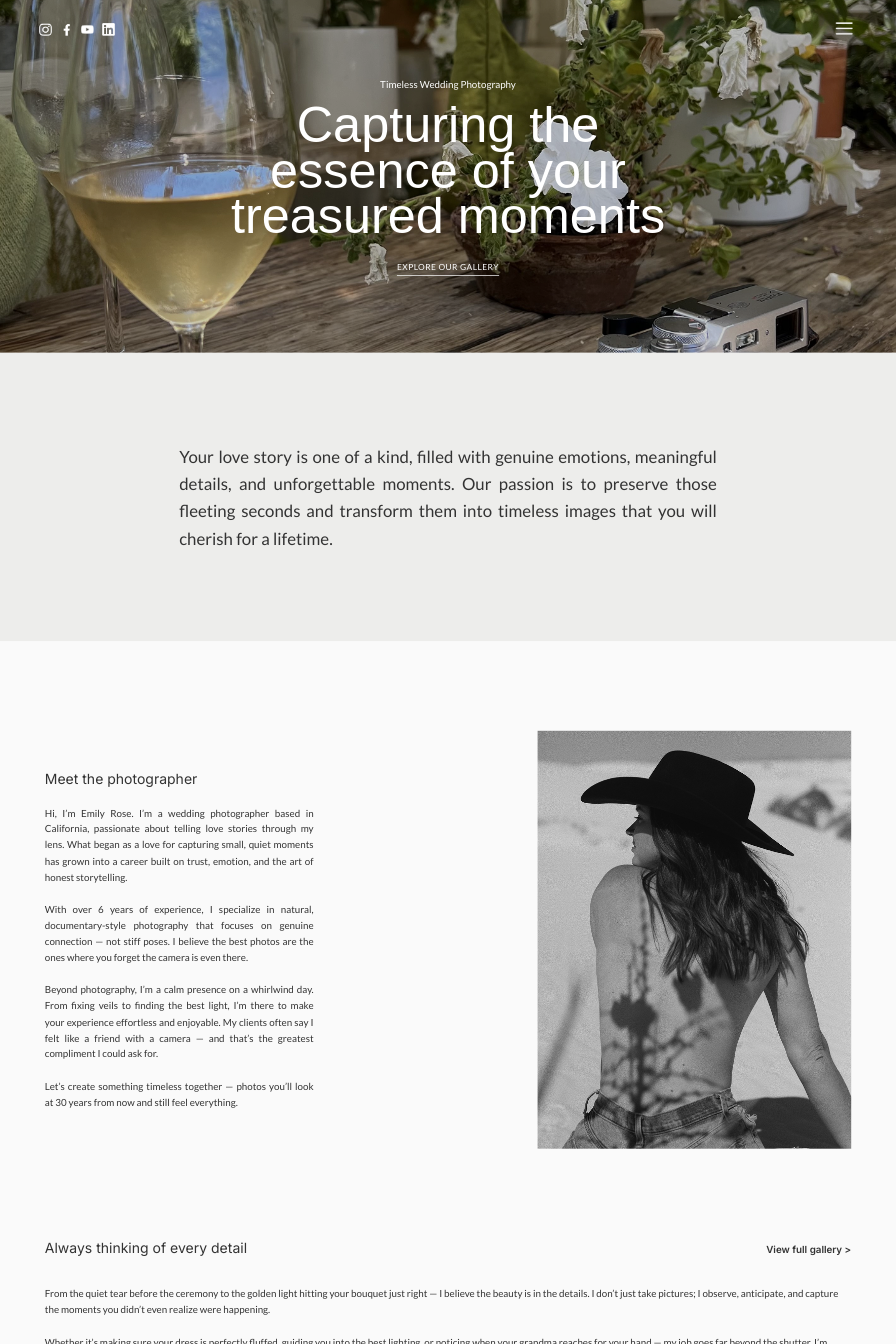
Repository: eduarda-magnago/wt-photography
Page: /
These files come from the project's save history. The page is drawn as it stood at one moment and after the next save; the edit follows.
The browser window is 1280 px wide. The pictures show the part of the page from y = 0 to 1920 px (the page is 3604 px tall before and 3700 px after), at 70% of full size.
Some web fonts or font styles are not loaded; a fallback is used. The project was rebuilt for these pictures with package versions that can differ from the ones it lists, and the page was loaded fresh each time. The framework's server and built-in components were replaced by stand-ins that run in the browser. Also part of the build but not shown: next.config.ts.

Above is the page before, as saved 2026-10-14 12:11:14.

### app/layout.tsx
import type { Metadata } from "next";
import { Inter, Lato, Cormorant_SC } from "next/font/google";
import Header from "@/components/layout/header";
import Footer from "@/components/layout/footer";
import "./globals.css";

const inter = Inter({
  subsets: ["latin"],
  variable: "--font-inter",
});

const lato = Lato({
  subsets: ["latin"],
  weight: ["300", "400", "700"],
  variable: "--font-lato",
});

const cormorant = Cormorant_SC({
  subsets: ["latin"],
  weight: ["300", "400", "500"],
  variable: "--font-cormorant",
});

export const metadata: Metadata = {
  title: "WT Timeless Photography",
  description: "Timeless wedding photography",
};

export default function RootLayout({
  children,
}: {
  children: React.ReactNode;
}) {
  return (
    <html
      lang="en"
      className={`${inter.variable} ${lato.variable} ${cormorant.variable}`}
    >
      <body className="font-sans antialiased">
        <Header />
        <main>{children}</main>
        <Footer />
      </body>
    </html>
  );
}

### app/page.tsx
import Hero from "@/components/hero";
import Intro from "@/components/home/intro";
import About from "@/components/home/about";
import Details from "@/components/home/details";
import Testimonials from "@/components/home/testimonials";

export default function Home() {
  return (
    <>
      <Hero
        eyebrow="Timeless Wedding Photography"
        title="Capturing the essence of your treasured moments"
        image="/img/hero-bg.jpg"
      />
      <Intro />
      <About />
      <Details />
      <Testimonials />
    </>
  );
}

### components/layout/header.tsx
"use client";

import { useState } from "react";
import Image from "next/image";
import Link from "next/link";

const navLinks = [
  { label: "Home", href: "/" },
  { label: "About me", href: "/#about" },
  { label: "Gallery", href: "/#gallery" },
  { label: "Testimonials", href: "/#testimonials" },
  { label: "Contact Us", href: "/contact" },
];

export default function Header() {
  const [open, setOpen] = useState(false);

  return (
    <header className="absolute inset-x-0 top-0 z-30">
      <div className="flex items-start justify-between px-6 py-8 md:px-14">
        <ul className="flex items-center gap-3">
          <li>
            <a
              href="#"
              aria-label="Instagram"
              className="relative block h-[19px] w-[18px] transition-opacity hover:opacity-70"
            >
              <Image
                src="/img/instagram.png"
                alt=""
                fill
                sizes="18px"
                className="object-contain"
              />
            </a>
          </li>
          <li>
            <a
              href="#"
              aria-label="Facebook"
              className="relative block h-[18px] w-[18px] transition-opacity hover:opacity-70"
            >
              <Image
                src="/img/facebook.png"
                alt=""
                fill
                sizes="18px"
                className="object-contain"
              />
            </a>
          </li>
          <li>
            <a
              href="#"
              aria-label="YouTube"
              className="relative block h-[18px] w-[18px] transition-opacity hover:opacity-70"
            >
              <Image
                src="/img/youtube.png"
                alt=""
                fill
                sizes="18px"
                className="object-contain"
              />
            </a>
          </li>
          <li>
            <a
              href="#"
              aria-label="LinkedIn"
              className="relative block h-[18px] w-[18px] transition-opacity hover:opacity-70"
            >
              <Image
                src="/img/linkedin.png"
                alt=""
                fill
                sizes="18px"
                className="object-contain"
              />
            </a>
          </li>
        </ul>

        <button
          type="button"
          onClick={() => setOpen(true)}
          aria-label="Open menu"
          className="relative block h-6 w-9 transition-opacity hover:opacity-70"
        >
          <Image
            src="/img/menu.png"
            alt=""
            fill
            sizes="36px"
            className="object-contain"
          />
        </button>
      </div>

      {open && (
        <div className="fixed inset-0 z-40 flex items-center justify-center bg-ink/95">
          <button
            type="button"
            onClick={() => setOpen(false)}
            aria-label="Close menu"
            className="absolute right-6 top-8 text-3xl text-white md:right-14"
          >
            ✕
          </button>
          <nav>
            <ul className="flex flex-col items-center gap-8">
              {navLinks.map((link) => (
                <li key={link.label}>
                  <Link
                    href={link.href}
                    onClick={() => setOpen(false)}
                    className="font-heading text-2xl text-white"
                  >
                    {link.label}
                  </Link>
                </li>
              ))}
            </ul>
          </nav>
        </div>
      )}
    </header>
  );
}

### components/layout/footer.tsx
import Image from "next/image";
import Link from "next/link";

const exploreLinks = [
  { label: "Home", href: "/" },
  { label: "About me", href: "/#about" },
  { label: "Gallery", href: "/#gallery" },
  { label: "Testimonials", href: "/#testimonials" },
  { label: "Contact Us", href: "/contact" },
];

export default function Footer() {
  return (
    <footer>
      <div className="bg-ink px-6 py-16 text-sm text-white md:px-14">
        <div className="mx-auto max-w-5xl">
          <div className="border-t border-white/30 pt-12">
            <div className="grid gap-12 md:grid-cols-[1fr_auto_auto] md:gap-20">
              <div>
                <Image
                  src="/img/logo.png"
                  alt="WT Timeless Photography"
                  width={240}
                  height={110}
                />
                <p className="mt-6 max-w-xs">
                  With a natural and artistic approach, we create photographs
                  that reflect everything.
                </p>
                <ul className="mt-6 flex items-center gap-3">
                  <li>
                    <a href="#" aria-label="Instagram" className="transition-opacity hover:opacity-70">
                      <Image src="/img/instagram.png" alt="" width={18} height={18} />
                    </a>
                  </li>
                  <li>
                    <a href="#" aria-label="Facebook"
                      className="relative block h-[18px] w-[18px] transition-opacity hover:opacity-70"
                    >
                      <Image src="/img/facebook.png" alt="" fill sizes="18px" className="object-contain"/>
                    </a>
                  </li>
                  <li>
                    <a href="#" aria-label="YouTube" className="transition-opacity hover:opacity-70">
                      <Image src="/img/youtube.png" alt="" width={18} height={18} />
                    </a>
                  </li>
                  <li>
                    <a href="#" aria-label="LinkedIn" className="transition-opacity hover:opacity-70">
                      <Image src="/img/linkedin.png" alt="" width={18} height={18} />
                    </a>
                  </li>
                </ul>
              </div>

              <div>
                <h3 className="mb-6 text-xs uppercase tracking-widest">
                  Explore
                </h3>
                <ul className="space-y-2">
                  {exploreLinks.map((link) => (
                    <li key={link.label}>
                      <Link href={link.href}>{link.label}</Link>
                    </li>
                  ))}
                </ul>
              </div>

              <div>
                <h3 className="mb-6 text-xs uppercase tracking-widest">
                  Enquiries
                </h3>
                <address className="not-italic leading-relaxed">
                  641 Route de Gibannaz
                  <br />
                  Les Gets
                  <br />
                  74260
                </address>
                <div className="mt-6 flex flex-col gap-1 underline">
                  <a href="tel:+33685204809">+33 (0)6 85 20 48 09</a>
                  <a href="tel:+447967728009">+44 (0)7967 728009</a>
                </div>
                <a
                  href="mailto:info@weddingphoto.com"
                  className="mt-6 block underline"
                >
                  info@weddingphoto.com
                </a>
              </div>
            </div>

            <div className="mt-16 flex flex-col gap-4 border-t border-white/30 pt-6 text-xs md:flex-row md:justify-between">
              <p>
                Designed &amp; developed by{" "}
                <a href="#" className="underline">
                  EM Studio
                </a>
              </p>
              <div className="flex gap-6 underline">
                <a href="#">Terms &amp; Conditions</a>
                <a href="#">Privacy Policy</a>
              </div>
            </div>
          </div>
        </div>
      </div>
      <p className="bg-neutral-200 px-6 py-5 text-center text-xs uppercase tracking-wide">
        © WT Timeless Photography 2026 - All the rights reserved.
      </p>
    </footer>
  );
}

### app/globals.css
@import "tailwindcss";

@theme inline {
  --font-sans: var(--font-lato);
  --font-heading: var(--font-inter);
  --font-hero: var(--font-cormorant);

  --color-ink: #333333;
  --color-sand: #ededeb;
  --color-paper: #fafafa;
  --color-blush: #f4e6dc;
}

html {
  scroll-behavior: smooth;
}

body {
  background: var(--color-paper);
  color: var(--color-ink);
}

### components/hero.tsx
import Image from "next/image";
import Link from "next/link";

type HeroProps = {
  eyebrow: string;
  title: string;
  image: string;
  ctaLabel?: string;
  ctaHref?: string;
};

export default function Hero({
  eyebrow,
  title,
  image,
  ctaLabel = "Explore our gallery",
  ctaHref = "/#gallery",
}: HeroProps) {
  return (
    <section className="relative flex h-[70vh] min-h-[500px] items-center justify-center overflow-hidden">
      <Image
        src="/img/hero.png"
        alt=""
        fill
        priority
        sizes="100vw"
        className="object-cover"
      />
      <div className="absolute inset-0 bg-black/20" />
      <div className="relative z-10 flex max-w-3xl flex-col items-center px-6 text-center text-white">
        <p className="mb-4 text-sm">{eyebrow}</p>
        <h1 className="font-hero text-5xl leading-[0.9] md:text-7xl">
          {title}
        </h1>
        <Link
          href={ctaHref}
          className="mt-8 border-b border-white pb-1 text-xs uppercase tracking-wider"
        >
          {ctaLabel}
        </Link>
      </div>
    </section>
  );
}

### components/home/intro.tsx
export default function Intro() {
  return (
    <section className="bg-sand px-6 py-24 md:py-32">
      <p className="mx-auto max-w-3xl text-justify text-xl leading-relaxed md:text-2xl">
        Your love story is one of a kind, filled with genuine emotions,
        meaningful details, and unforgettable moments. Our passion is to
        preserve those fleeting seconds and transform them into timeless images
        that you will cherish for a lifetime.
      </p>
    </section>
  );
}

### components/home/about.tsx
import Image from "next/image";

export default function About() {
  return (
    <section id="about" className="bg-paper px-6 py-24 md:px-14 md:py-32">
      <div className="mx-auto grid max-w-6xl items-center gap-12 md:grid-cols-2 text-justify">
        <div className="max-w-sm space-y-6 text-sm leading-relaxed">
          <h2 className="font-heading text-xl">Meet the photographer</h2>
          <p>
            Hi, I’m Emily Rose. I’m a wedding photographer based in California,
            passionate about telling love stories through my lens. What began
            as a love for capturing small, quiet moments has grown into a
            career built on trust, emotion, and the art of honest storytelling.
          </p>
          <p>
            With over 6 years of experience, I specialize in natural,
            documentary-style photography that focuses on genuine connection —
            not stiff poses. I believe the best photos are the ones where you
            forget the camera is even there.
          </p>
          <p>
            Beyond photography, I’m a calm presence on a whirlwind day. From
            fixing veils to finding the best light, I’m there to make your
            experience effortless and enjoyable. My clients often say I felt
            like a friend with a camera — and that’s the greatest compliment I
            could ask for.
          </p>
          <p>
            Let’s create something timeless together — photos you’ll look at 30
            years from now and still feel everything.
          </p>
        </div>

        <div className="relative aspect-[3/4] w-full md:max-w-md md:justify-self-end">
          <Image
            src="/img/about.png"
            alt="Wedding photographer picture"
            fill
            sizes="(min-width: 768px) 28rem, 100vw"
            className="object-cover"
          />
        </div>
      </div>
    </section>
  );
}

### components/home/details.tsx
import Image from "next/image";
import Link from "next/link";

const photos = [
  { src: "/img/detail1.png", alt: "Bouquet resting on a golden ornament" },
  { src: "/img/detail2.png", alt: "Couple dancing by a large window" },
  { src: "/img/detail3.png", alt: "Bridesmaids laughing together" },
];

export default function Details() {
  return (
    <section id="gallery" className="bg-paper px-6 pb-24 md:px-14 md:pb-32">
      <div className="mx-auto max-w-6xl">
        <div className="flex items-baseline justify-between">
          <h2 className="font-heading text-xl">
            Always thinking of every detail
          </h2>
          <Link href="/#gallery" className="font-heading text-sm font-semibold">
            View full gallery &gt;
          </Link>
        </div>

        <div className="mt-10 space-y-6 text-sm leading-relaxed">
          <p>
            From the quiet tear before the ceremony to the golden light hitting
            your bouquet just right — I believe the beauty is in the details. I
            don’t just take pictures; I observe, anticipate, and capture the
            moments you didn’t even realize were happening.
          </p>
          <p>
            Whether it’s making sure your dress is perfectly fluffed, guiding
            you into the best lighting, or noticing when your grandma reaches
            for your hand — my job goes far beyond the shutter. I’m there to
            preserve every fleeting detail that makes your day uniquely yours.
            Because when it’s all over, it’s the little things that stay with
            you the longest.
          </p>
        </div>

        <div className="mt-16 grid gap-6 md:grid-cols-3">
          {photos.map((photo) => (
            <div key={photo.src} className="relative aspect-[3/4]">
              <Image
                src={photo.src}
                alt={photo.alt}
                fill
                sizes="(min-width: 768px) 33vw, 100vw"
                className="object-cover"
              />
            </div>
          ))}
        </div>
      </div>
    </section>
  );
}

### components/home/testimonials.tsx
"use client";

import { useState } from "react";
import Image from "next/image";

const testimonials = [
  {
    name: "Anna C.",
    image: "/img/testimonial.png",
    quote:
      "I had a very amazing contracting WP for my wedding. They are super kind team and I always felt I could trust 100% in their work. When I received the pictures I was more surprised than I imagined, really good quality! No regrets.",
  },
];

export default function Testimonials() {
  const [index, setIndex] = useState(0);
  const current = testimonials[index];

  function next() {
    setIndex((prev) => (prev + 1) % testimonials.length);
  }

  return (
    <section id="testimonials" className="bg-sand px-6 py-20 md:px-14">
      <div className="mx-auto grid max-w-5xl items-center gap-10 md:grid-cols-[auto_1fr] md:gap-16">
        <div className="relative h-48 w-48 overflow-hidden rounded-full md:h-56 md:w-56">
          <Image
            src={current.image}
            alt={current.name}
            fill
            sizes="224px"
            className="object-cover"
          />
        </div>

        <div>
          <h3 className="font-heading text-xl">{current.name}</h3>
          <blockquote className="mt-4 text-justify text-lg leading-relaxed">
            “{current.quote}”
          </blockquote>
          <button
            type="button"
            onClick={next}
            className="font-heading mt-8 ml-auto block text-sm font-semibold"
          >
            {index + 1}/{testimonials.length} &gt;
          </button>
        </div>
      </div>
    </section>
  );
}

After the next save:
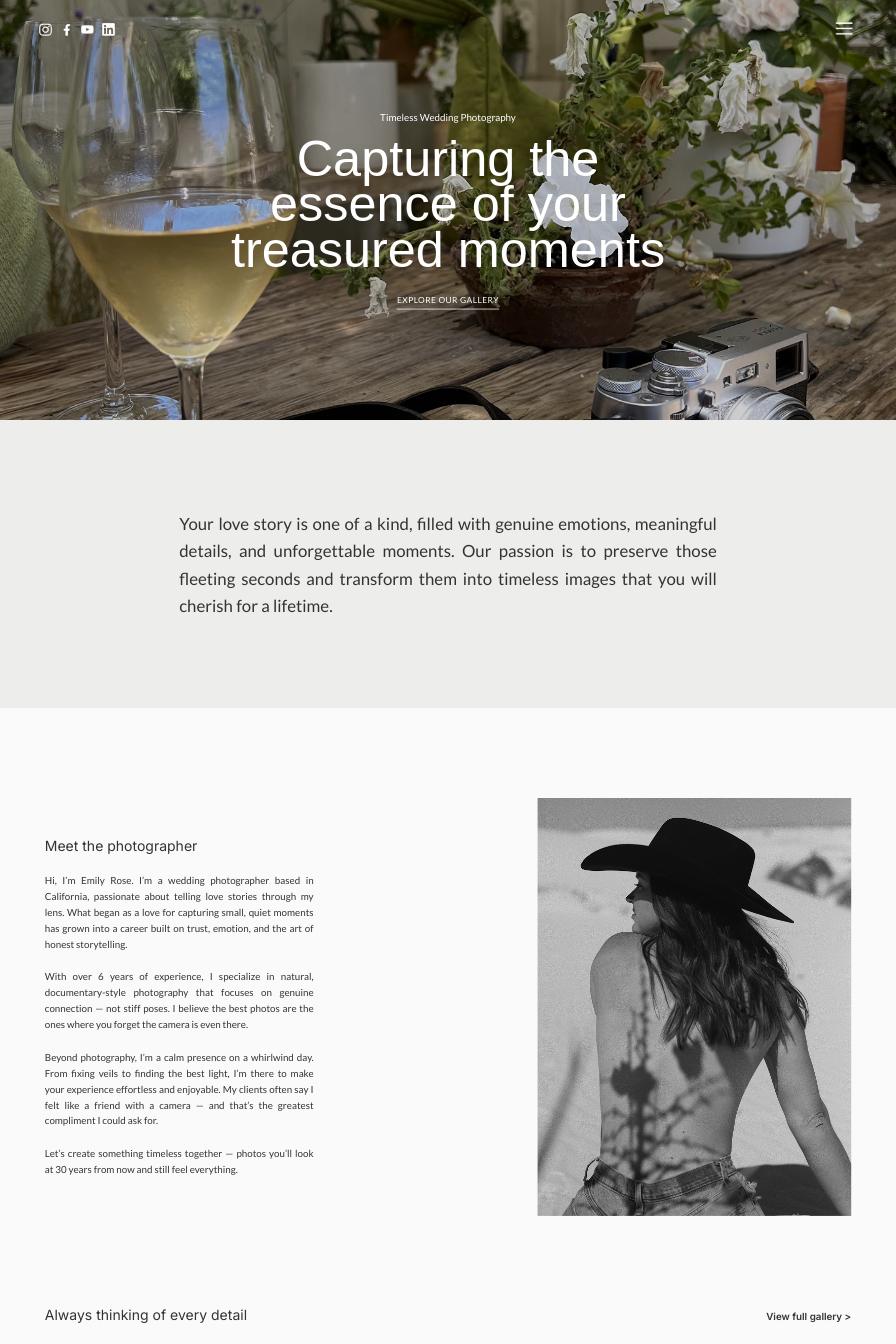
Saved 7 s later.
--- a/components/hero.tsx
+++ b/components/hero.tsx
@@ -17,7 +17,7 @@ export default function Hero({
   ctaHref = "/#gallery",
 }: HeroProps) {
   return (
-    <section className="relative flex h-[70vh] min-h-[500px] items-center justify-center overflow-hidden">
+    <section className="relative flex h-[70vh] min-h-[600px] items-center justify-center overflow-hidden">
       <Image
         src="/img/hero.png"
         alt=""
